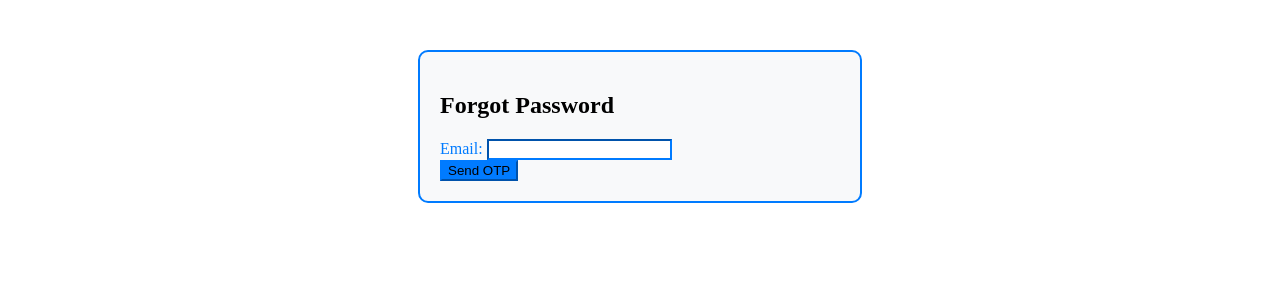
Repository: thatipallyvinod/AdvanceJava
Page: Gaming Project/src/main/webapp/psw.html
An editor plug-in stored every save of this project. The page is shown before and after the next save, followed by the edit.
The browser window is 1280 px wide. The pictures show the whole page.

Above is the page before, as saved 2024-03-18 16:30:04.

After the next save:
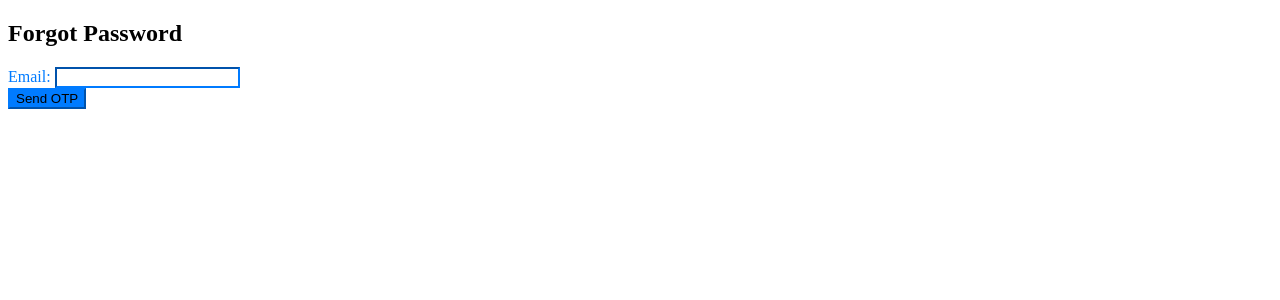
Saved 19 s later.
--- a/Gaming Project/src/main/webapp/psw.html
+++ b/Gaming Project/src/main/webapp/psw.html
@@ -35,7 +35,7 @@
     </style>
 </head>
 <body>
-    <div class="container">
+    <div class="text-center" >
         <h2 class="text-center">Forgot Password</h2>
         <form id="forgot-password-form" onsubmit="return sendOTP()">
             <div class="form-group">

After the save that followed:
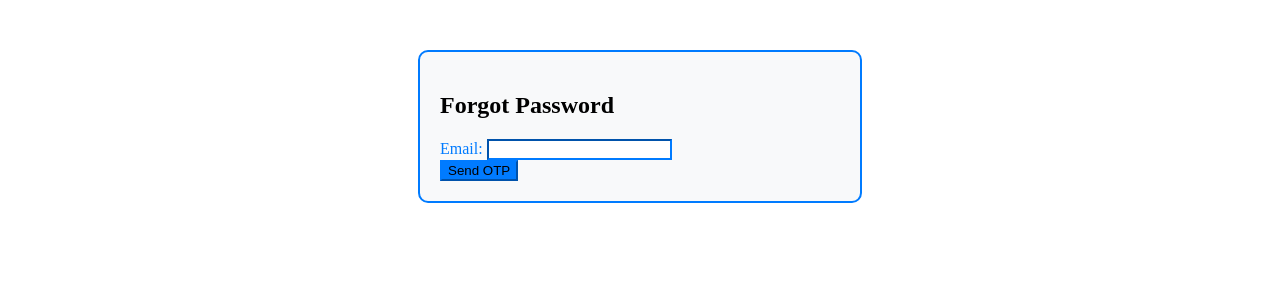
Saved 15 s later.
--- a/Gaming Project/src/main/webapp/psw.html
+++ b/Gaming Project/src/main/webapp/psw.html
@@ -35,7 +35,7 @@
     </style>
 </head>
 <body>
-    <div class="text-center" >
+    <div class="container" class="text-center" >
         <h2 class="text-center">Forgot Password</h2>
         <form id="forgot-password-form" onsubmit="return sendOTP()">
             <div class="form-group">
